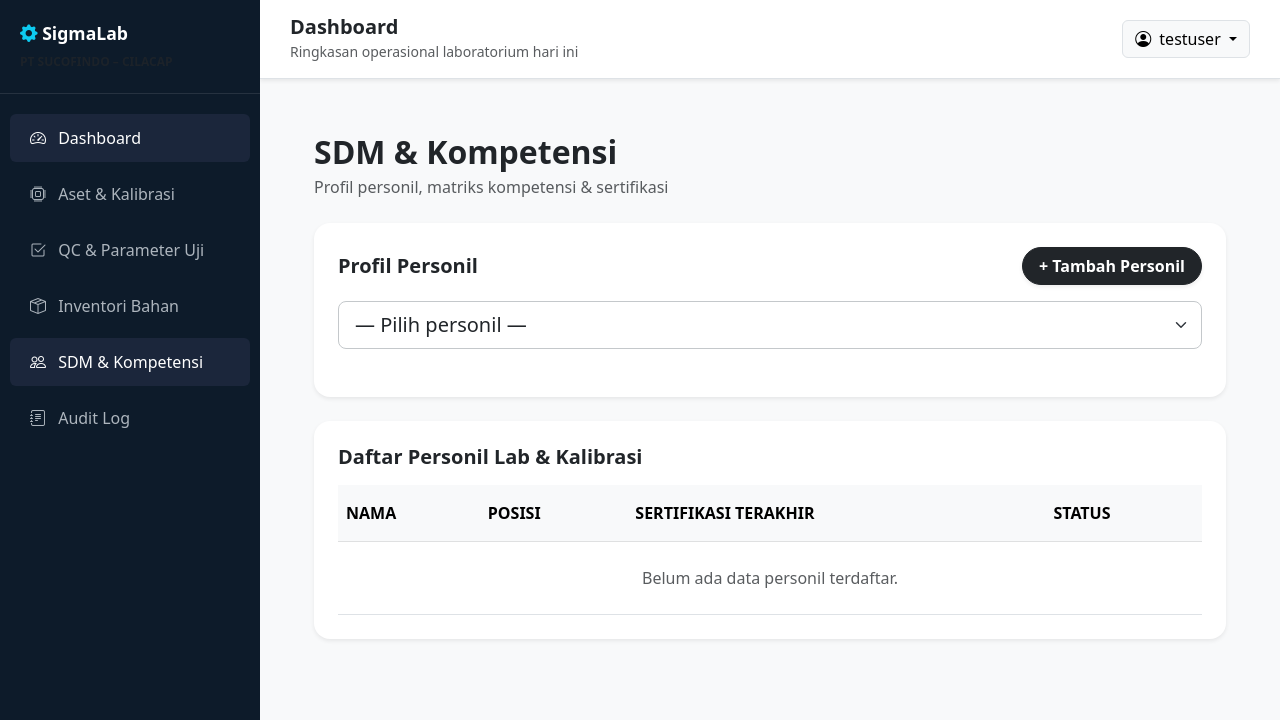
Repository: amelianeesa/sigmalab
Page: http://localhost/sdm
These files come from the project's save history. The page is drawn as it stood at one moment and after the next save; the edit follows.
The browser window is 1280 px wide. The pictures show the whole page.
The page is served by the project's Laravel application, run on PHP 8.4 with Laravel 12. A made-up administrator, Test User (test@example.com), is signed in. Queries for data that is not in the repository find no rows.

Above is the page before, as saved 2026-08-05 14:27:56.

After the next save:
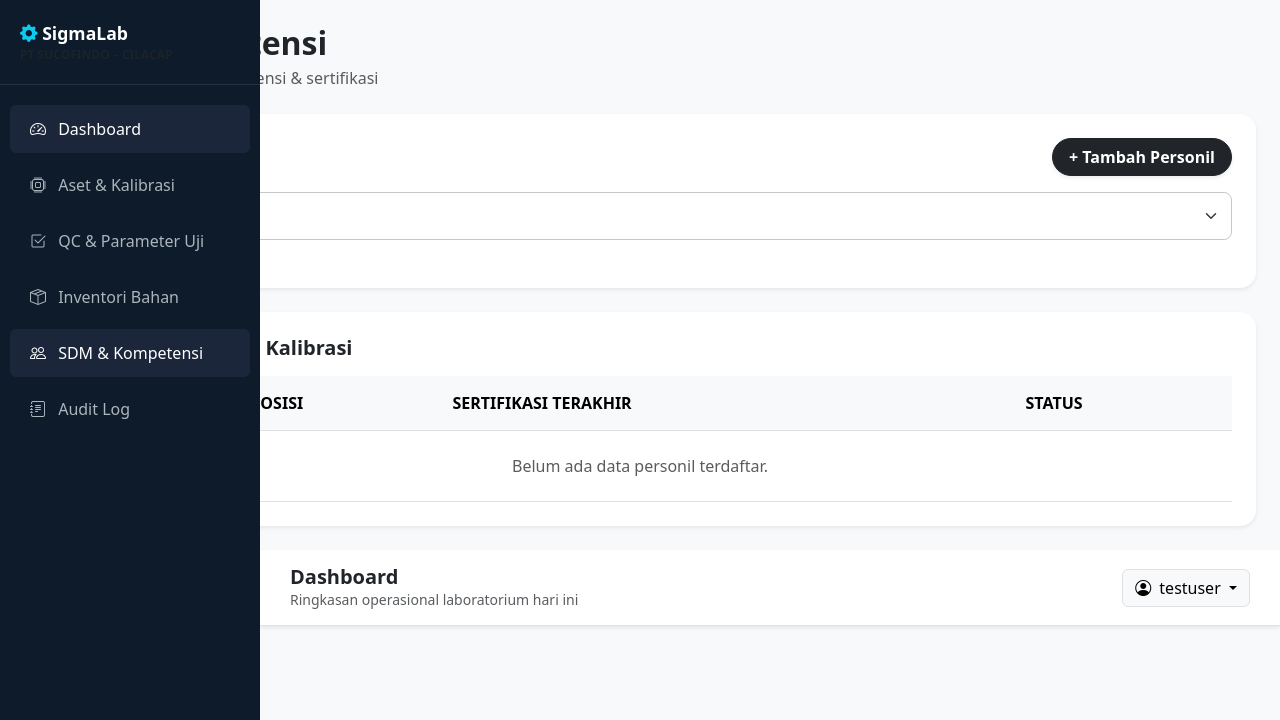
Saved 33 s later.
--- a/resources/views/sdm/index.blade.php
+++ b/resources/views/sdm/index.blade.php
@@ -133,67 +133,74 @@
         </div>
     </div>
 </div>
-
 <!-- ================= MODAL TAMBAH PERSONIL ================= -->
 <div class="modal fade" id="modalTambahPersonil" tabindex="-1" aria-labelledby="modalTambahPersonilLabel" aria-hidden="true">
     <div class="modal-dialog modal-dialog-centered modal-dialog-scrollable">
-        <div class="modal-content border-0 shadow-lg rounded-4 overflow-hidden">
+        <div class="modal-content border-0 shadow-lg rounded-4 overflow-hidden" style="max-height: 90vh;">
+
+            <!-- Header Modal -->
             <div class="modal-header bg-white px-4 py-3 border-bottom">
                 <h5 class="modal-title fw-bold text-dark" id="modalTambahPersonilLabel">Tambah Personil</h5>
                 <button type="button" class="btn-close" data-bs-dismiss="modal" aria-label="Close"></button>
             </div>
 
-            <form action="{{ route('sdm.store') }}" method="POST" enctype="multipart/form-data">
+            <form action="{{ route('sdm.store') }}" method="POST" enctype="multipart/form-data" class="d-flex flex-column h-100">
                 @csrf
-                <div class="modal-body p-4 bg-white">
-                    <div class="mb-3">
-                        <label class="form-label text-secondary small fw-semibold">Nama</label>
-                        <input type="text" name="nama" class="form-control" placeholder="mis. Budi Santoso" required>
-                    </div>
-
-                    <div class="mb-3">
-                        <label class="form-label text-secondary small fw-semibold">Posisi / Lab</label>
-                        <input type="text" name="jabatan" class="form-control" placeholder="mis. Analis Lab Kimia" required>
-                    </div>
-
-                    <div class="mb-3">
-                        <label class="form-label text-secondary small fw-semibold">Upload CV / Foto Dokumen</label>
+
+                <!-- Body Modal (Bisa di-scroll jika panjang) -->
+                <div class="modal-body p-4 bg-white" style="overflow-y: auto; flex-grow: 1;">
+
+                    <div class="mb-3">
+                        <label class="form-label fw-semibold text-dark small">Nama Lengkap & Gelar</label>
+                        <input type="text" name="nama" class="form-control" value="{{ old('nama') }}" placeholder="mis. Budi Santoso" required>
+                    </div>
+
+                    <div class="mb-3">
+                        <label class="form-label fw-semibold text-dark small">Posisi / Lab</label>
+                        <input type="text" name="jabatan" class="form-control" value="{{ old('jabatan') }}" placeholder="mis. Analis Lab Kimia" required>
+                    </div>
+
+                    <div class="mb-3">
+                        <label class="form-label fw-semibold text-dark small">Upload CV / Foto Dokumen</label>
                         <input type="file" name="file_cv" class="form-control" accept="image/*,application/pdf">
                         <div class="form-text text-muted" style="font-size: 11px;">Format yang didukung: JPG, PNG, atau PDF (Maks. 2MB).</div>
                     </div>
 
-                    <div class="mb-3">
-                        <label class="form-label text-secondary small fw-semibold">Nama Sertifikasi / Pelatihan Awal</label>
-                        <input type="text" name="nama_sertifikasi" class="form-control" placeholder="mis. Pelatihan K3 Laboratorium">
+                    <hr class="my-4 text-muted opacity-25">
+
+                    <div class="mb-3">
+                        <label class="form-label fw-semibold text-dark small">Nama Sertifikasi / Pelatihan Awal</label>
+                        <input type="text" name="nama_sertifikasi" class="form-control" value="{{ old('nama_sertifikasi') }}" placeholder="mis. Pelatihan K3 Laboratorium">
                     </div>
 
                     <div class="row">
                         <div class="col-md-6 mb-3">
-                            <label class="form-label text-secondary small fw-semibold">Tgl Terbit</label>
-                            <input type="date" name="tgl_terbit" class="form-control" value="{{ date('Y-m-d') }}">
+                            <label class="form-label fw-semibold text-dark small">Tgl Terbit</label>
+                            <input type="date" name="tgl_terbit" class="form-control" value="{{ old('tgl_terbit', date('Y-m-d')) }}">
                         </div>
                         <div class="col-md-6 mb-3">
-                            <label class="form-label text-secondary small fw-semibold">Masa Berlaku (bulan)</label>
-                            <input type="number" name="masa_berlaku" class="form-control" value="24">
+                            <label class="form-label fw-semibold text-dark small">Tgl Berakhir</label>
+                            <input type="date" name="tgl_berakhir" class="form-control" value="{{ old('tgl_berakhir', date('Y-m-d', strtotime('+2 years'))) }}">
                         </div>
                     </div>
 
                     <div class="mb-3">
-                        <label class="form-label text-secondary small fw-semibold">Reminder Sebelum Jatuh Tempo</label>
+                        <label class="form-label fw-semibold text-dark small">Reminder Sebelum Jatuh Tempo</label>
                         <select name="reminder" class="form-select">
-                            <option value="H-30">H-30</option>
-                            <option value="H-60">H-60</option>
-                            <option value="H-90">H-90</option>
+                            <option value="H-30" {{ old('reminder') == 'H-30' ? 'selected' : '' }}>H-30</option>
+                            <option value="H-60" {{ old('reminder') == 'H-60' ? 'selected' : '' }}>H-60</option>
+                            <option value="H-90" {{ old('reminder') == 'H-90' ? 'selected' : '' }}>H-90</option>
                         </select>
                     </div>
-                </div>
-
-                <div class="modal-footer bg-white px-4 py-3 border-top">
-                    <button type="button" class="btn btn-light border px-4 text-secondary fw-semibold rounded-2" data-bs-dismiss="modal">Batal</button>
-                    <button type="submit" class="btn btn-dark px-4 fw-semibold rounded-2" style="background-color: #0b1f36;">Simpan</button>
+
+                </div>
+
+                <!-- Footer Modal (Tombol Batal & Simpan Menempel di Bawah) -->
+                <div class="modal-footer bg-light px-4 py-3 border-top">
+                    <button type="button" class="btn btn-light border px-4 text-secondary fw-semibold" data-bs-dismiss="modal">Batal</button>
+                    <button type="submit" class="btn btn-dark px-4 fw-semibold shadow-sm" style="background-color: #0b1f36;">Simpan</button>
                 </div>
             </form>
         </div>
     </div>
 </div>
-@endsection

After the 3 saves that followed:
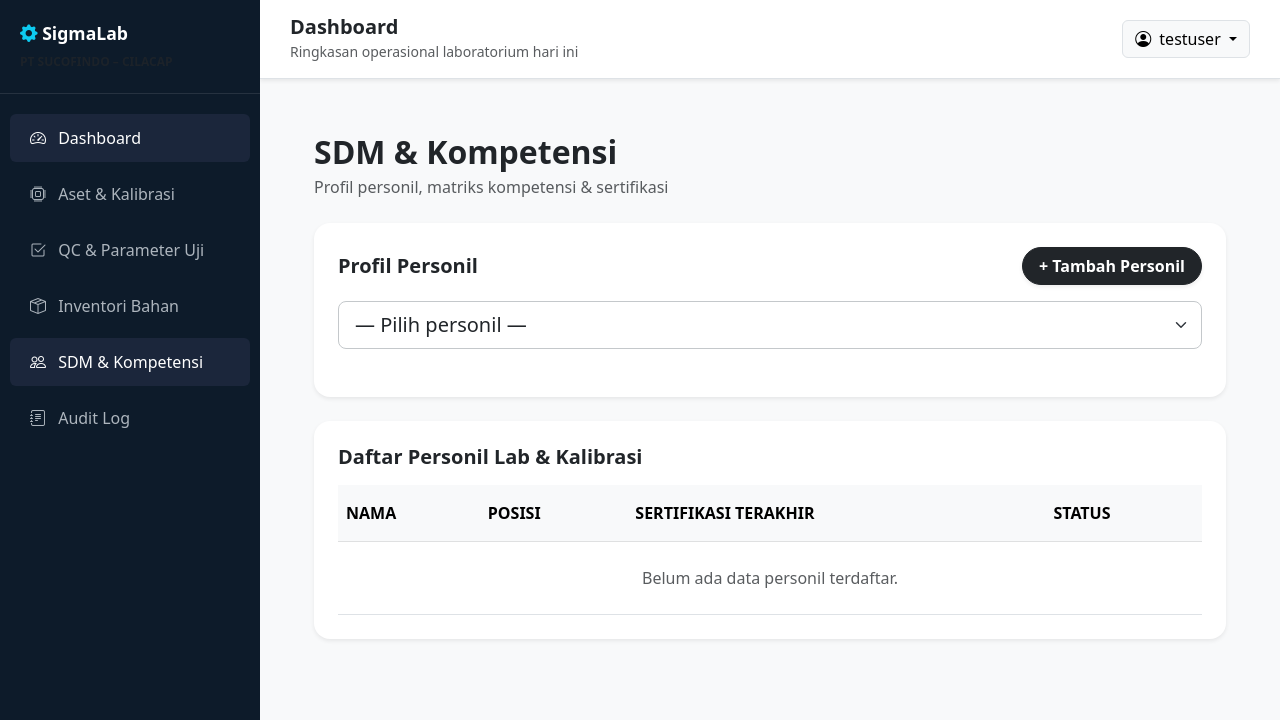
The 3 saves are shown as one change because 1 left the picture as it was and some came seconds apart.
The last was saved 28 s later.
--- a/resources/views/sdm/index.blade.php
+++ b/resources/views/sdm/index.blade.php
@@ -133,74 +133,67 @@
         </div>
     </div>
 </div>
+
 <!-- ================= MODAL TAMBAH PERSONIL ================= -->
 <div class="modal fade" id="modalTambahPersonil" tabindex="-1" aria-labelledby="modalTambahPersonilLabel" aria-hidden="true">
     <div class="modal-dialog modal-dialog-centered modal-dialog-scrollable">
-        <div class="modal-content border-0 shadow-lg rounded-4 overflow-hidden" style="max-height: 90vh;">
-
-            <!-- Header Modal -->
+        <div class="modal-content border-0 shadow-lg rounded-4 overflow-hidden">
             <div class="modal-header bg-white px-4 py-3 border-bottom">
                 <h5 class="modal-title fw-bold text-dark" id="modalTambahPersonilLabel">Tambah Personil</h5>
                 <button type="button" class="btn-close" data-bs-dismiss="modal" aria-label="Close"></button>
             </div>
 
-            <form action="{{ route('sdm.store') }}" method="POST" enctype="multipart/form-data" class="d-flex flex-column h-100">
+            <form action="{{ route('sdm.store') }}" method="POST" enctype="multipart/form-data">
                 @csrf
-
-                <!-- Body Modal (Bisa di-scroll jika panjang) -->
-                <div class="modal-body p-4 bg-white" style="overflow-y: auto; flex-grow: 1;">
-
+                <div class="modal-body p-4 bg-white">
                     <div class="mb-3">
-                        <label class="form-label fw-semibold text-dark small">Nama Lengkap & Gelar</label>
-                        <input type="text" name="nama" class="form-control" value="{{ old('nama') }}" placeholder="mis. Budi Santoso" required>
+                        <label class="form-label text-secondary small fw-semibold">Nama</label>
+                        <input type="text" name="nama" class="form-control" placeholder="mis. Budi Santoso" required>
                     </div>
 
                     <div class="mb-3">
-                        <label class="form-label fw-semibold text-dark small">Posisi / Lab</label>
-                        <input type="text" name="jabatan" class="form-control" value="{{ old('jabatan') }}" placeholder="mis. Analis Lab Kimia" required>
+                        <label class="form-label text-secondary small fw-semibold">Posisi / Lab</label>
+                        <input type="text" name="jabatan" class="form-control" placeholder="mis. Analis Lab Kimia" required>
                     </div>
 
                     <div class="mb-3">
-                        <label class="form-label fw-semibold text-dark small">Upload CV / Foto Dokumen</label>
+                        <label class="form-label text-secondary small fw-semibold">Upload CV / Foto Dokumen</label>
                         <input type="file" name="file_cv" class="form-control" accept="image/*,application/pdf">
                         <div class="form-text text-muted" style="font-size: 11px;">Format yang didukung: JPG, PNG, atau PDF (Maks. 2MB).</div>
                     </div>
 
-                    <hr class="my-4 text-muted opacity-25">
-
                     <div class="mb-3">
-                        <label class="form-label fw-semibold text-dark small">Nama Sertifikasi / Pelatihan Awal</label>
-                        <input type="text" name="nama_sertifikasi" class="form-control" value="{{ old('nama_sertifikasi') }}" placeholder="mis. Pelatihan K3 Laboratorium">
+                        <label class="form-label text-secondary small fw-semibold">Nama Sertifikasi / Pelatihan Awal</label>
+                        <input type="text" name="nama_sertifikasi" class="form-control" placeholder="mis. Pelatihan K3 Laboratorium">
                     </div>
 
                     <div class="row">
                         <div class="col-md-6 mb-3">
-                            <label class="form-label fw-semibold text-dark small">Tgl Terbit</label>
-                            <input type="date" name="tgl_terbit" class="form-control" value="{{ old('tgl_terbit', date('Y-m-d')) }}">
+                            <label class="form-label text-secondary small fw-semibold">Tgl Terbit</label>
+                            <input type="date" name="tgl_terbit" class="form-control" value="{{ date('Y-m-d') }}">
                         </div>
                         <div class="col-md-6 mb-3">
-                            <label class="form-label fw-semibold text-dark small">Tgl Berakhir</label>
-                            <input type="date" name="tgl_berakhir" class="form-control" value="{{ old('tgl_berakhir', date('Y-m-d', strtotime('+2 years'))) }}">
+                            <label class="form-label text-secondary small fw-semibold">Masa Berlaku (bulan)</label>
+                            <input type="number" name="masa_berlaku" class="form-control" value="24">
                         </div>
                     </div>
 
                     <div class="mb-3">
-                        <label class="form-label fw-semibold text-dark small">Reminder Sebelum Jatuh Tempo</label>
+                        <label class="form-label text-secondary small fw-semibold">Reminder Sebelum Jatuh Tempo</label>
                         <select name="reminder" class="form-select">
-                            <option value="H-30" {{ old('reminder') == 'H-30' ? 'selected' : '' }}>H-30</option>
-                            <option value="H-60" {{ old('reminder') == 'H-60' ? 'selected' : '' }}>H-60</option>
-                            <option value="H-90" {{ old('reminder') == 'H-90' ? 'selected' : '' }}>H-90</option>
+                            <option value="H-30">H-30</option>
+                            <option value="H-60">H-60</option>
+                            <option value="H-90">H-90</option>
                         </select>
                     </div>
-
                 </div>
 
-                <!-- Footer Modal (Tombol Batal & Simpan Menempel di Bawah) -->
-                <div class="modal-footer bg-light px-4 py-3 border-top">
-                    <button type="button" class="btn btn-light border px-4 text-secondary fw-semibold" data-bs-dismiss="modal">Batal</button>
-                    <button type="submit" class="btn btn-dark px-4 fw-semibold shadow-sm" style="background-color: #0b1f36;">Simpan</button>
+                <div class="modal-footer bg-white px-4 py-3 border-top">
+                    <button type="button" class="btn btn-light border px-4 text-secondary fw-semibold rounded-2" data-bs-dismiss="modal">Batal</button>
+                    <button type="submit" class="btn btn-dark px-4 fw-semibold rounded-2" style="background-color: #0b1f36;">Simpan</button>
                 </div>
             </form>
         </div>
     </div>
 </div>
+@endsection
